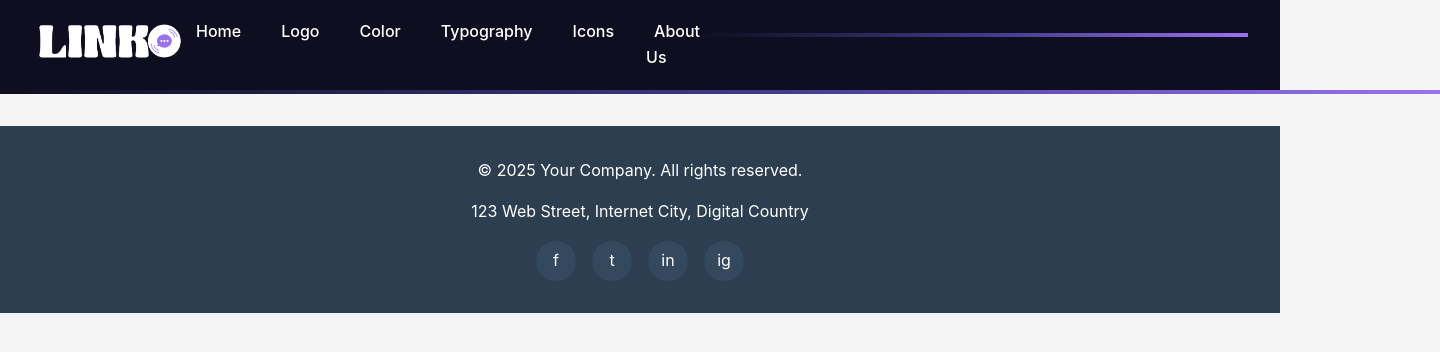
Repository: primcharlin/LINKO-A5Styleguide
Page: index.html
An editor plug-in stored every save of this project. The page is shown before and after the next save, followed by the edit.
The browser window is 1280 px wide. The page is 1440 px wide, so the pictures cover 1440 px, including what lies to the right of the window. The pictures show the whole page.

Above is the page before, as saved 2025-04-10 16:23:37.

After the next save:
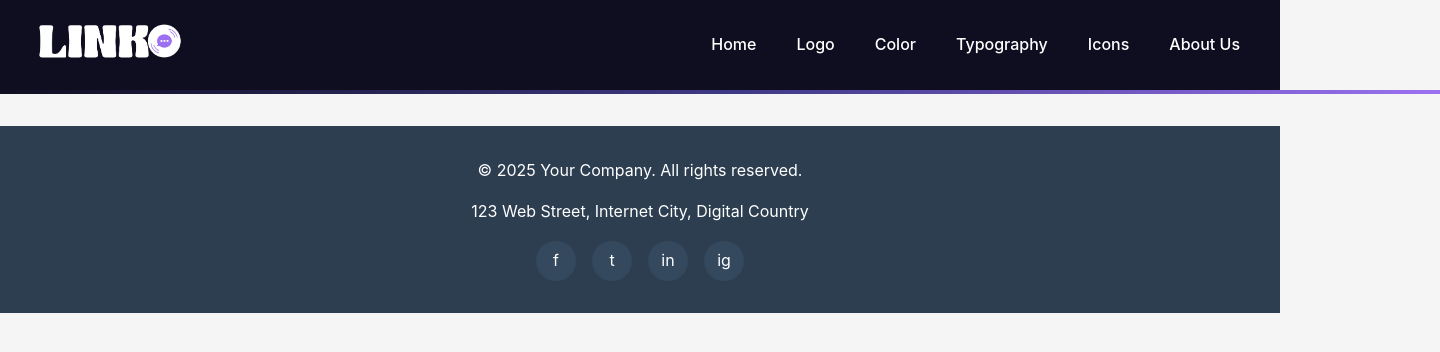
Saved 9 s later.
--- a/index.html
+++ b/index.html
@@ -22,7 +22,7 @@
                 <li><a href="#">About Us</a></li>
             </ul>
         </nav>
-        <div class="nav-divider"></div>
+
     </header>
     <div class="nav-divider"></div>
 
